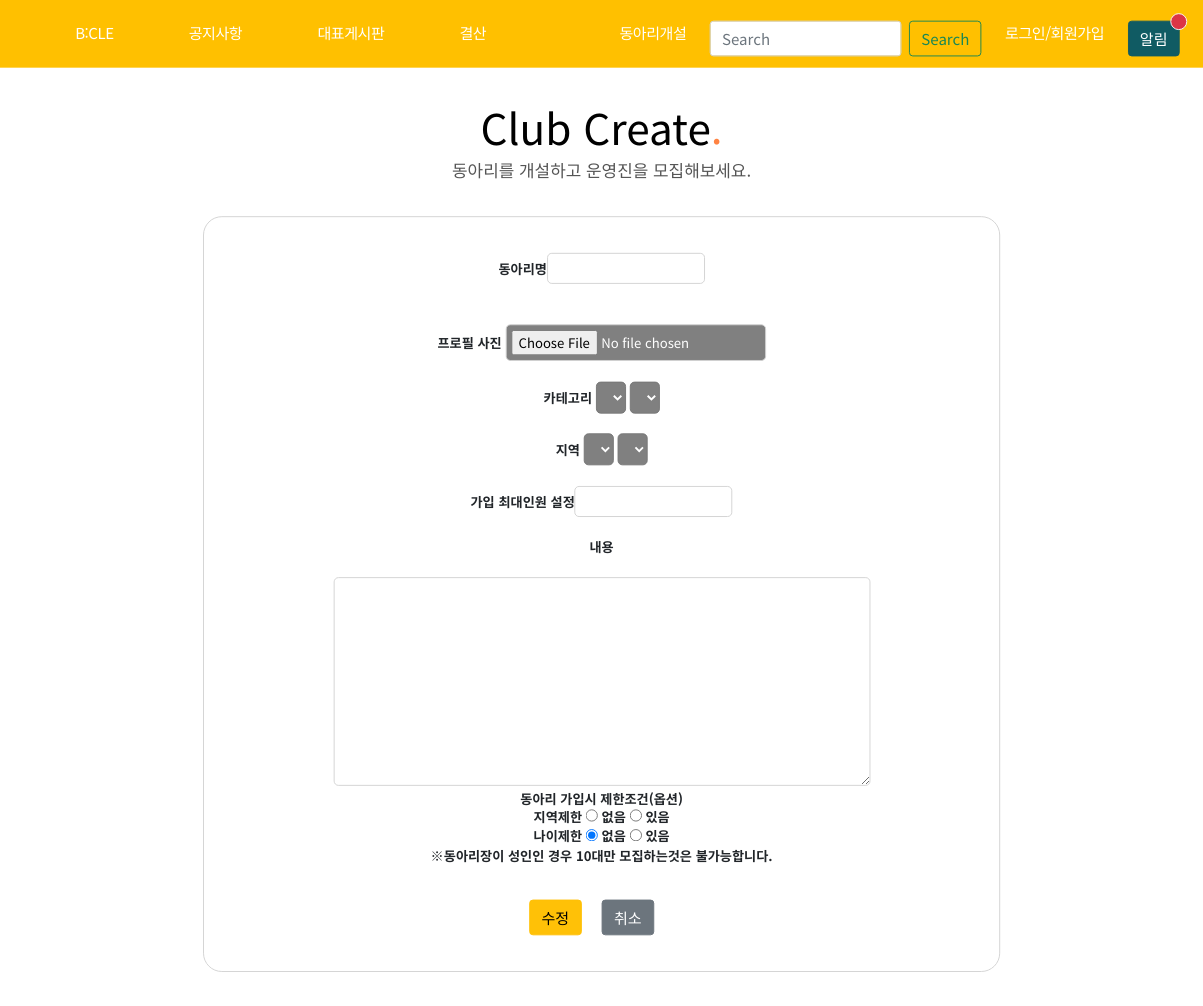
Repository: CHAEYUN7074/SpringProject
Page: http://localhost/viewpages/WEB-INF/view/PreClubUpdateForm.jsp
These files come from the project's save history. The page is drawn as it stood at one moment and after the next save; the edit follows.
The browser window is 1280 px wide. The pictures show the whole page, at 94% of full size.
Some web fonts or font styles are not loaded; a fallback is used. The page is served by Tomcat 9. Nobody is signed in. The template is opened directly, without the code that normally fills it, so the values that code supplies are empty.

Above is the page before, as saved 2021-12-27 17:00:54.

After the next save:
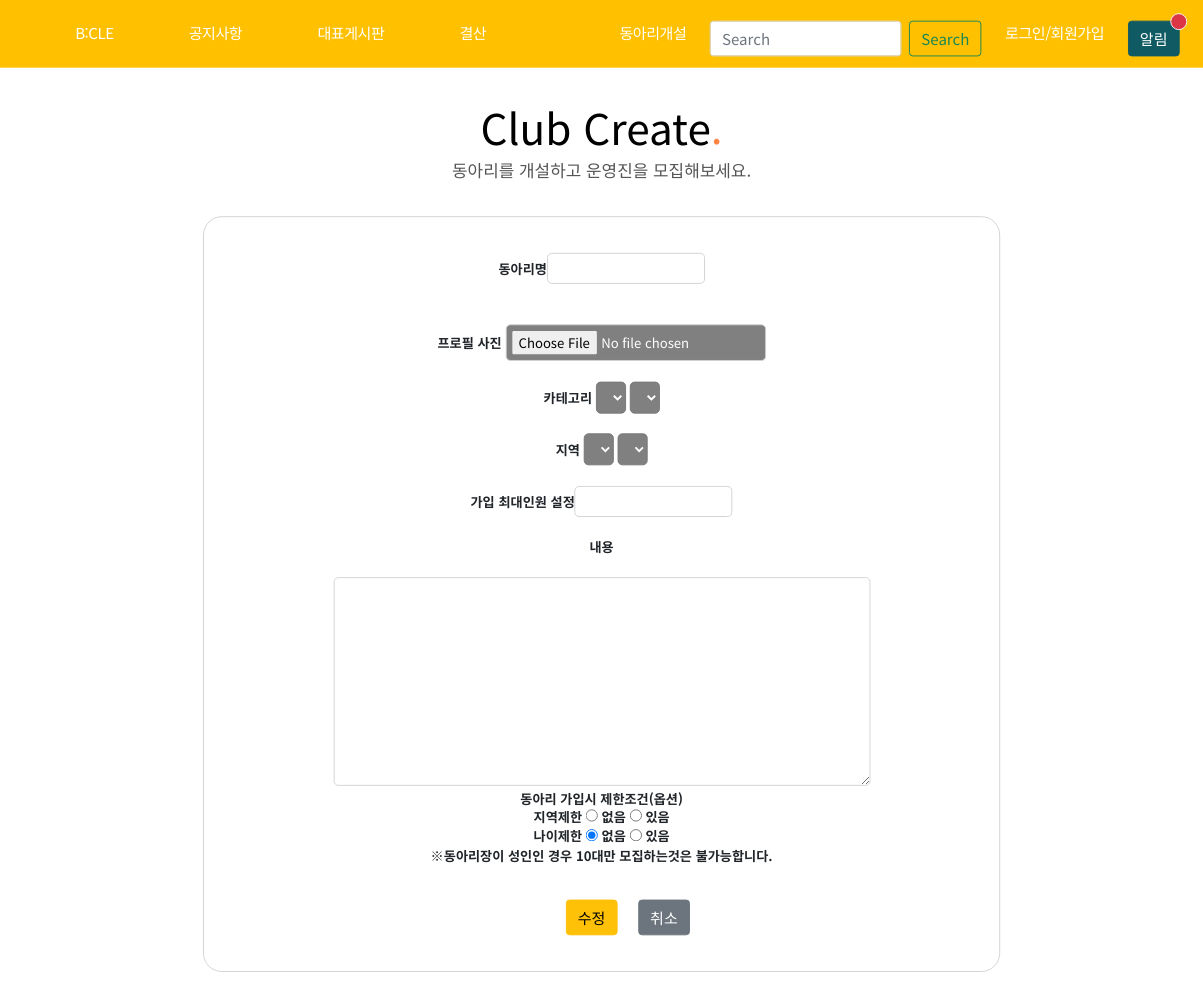
Saved 25 s later.
--- a/viewpages/WebContent/WEB-INF/view/PreClubUpdateForm.jsp
+++ b/viewpages/WebContent/WEB-INF/view/PreClubUpdateForm.jsp
@@ -34,7 +34,7 @@ section .name p {font-size: 18px; color: #555;}
 #contents p {margin-bottom : 3vh;}
 #contents input {border : 1px solid lightgray; border-radius: 5px; padding: 5px;}
 
-.button_set {display : flex; margin-left : 40%; margin-top : 5vh;}
+.button_set {display : flex; margin-left : 45%; margin-top : 5vh;}
 .button_set button {margin-right : 3vh;}
 
 select {color: white; background: gray; border-radius: 5px; padding: 5px; }
